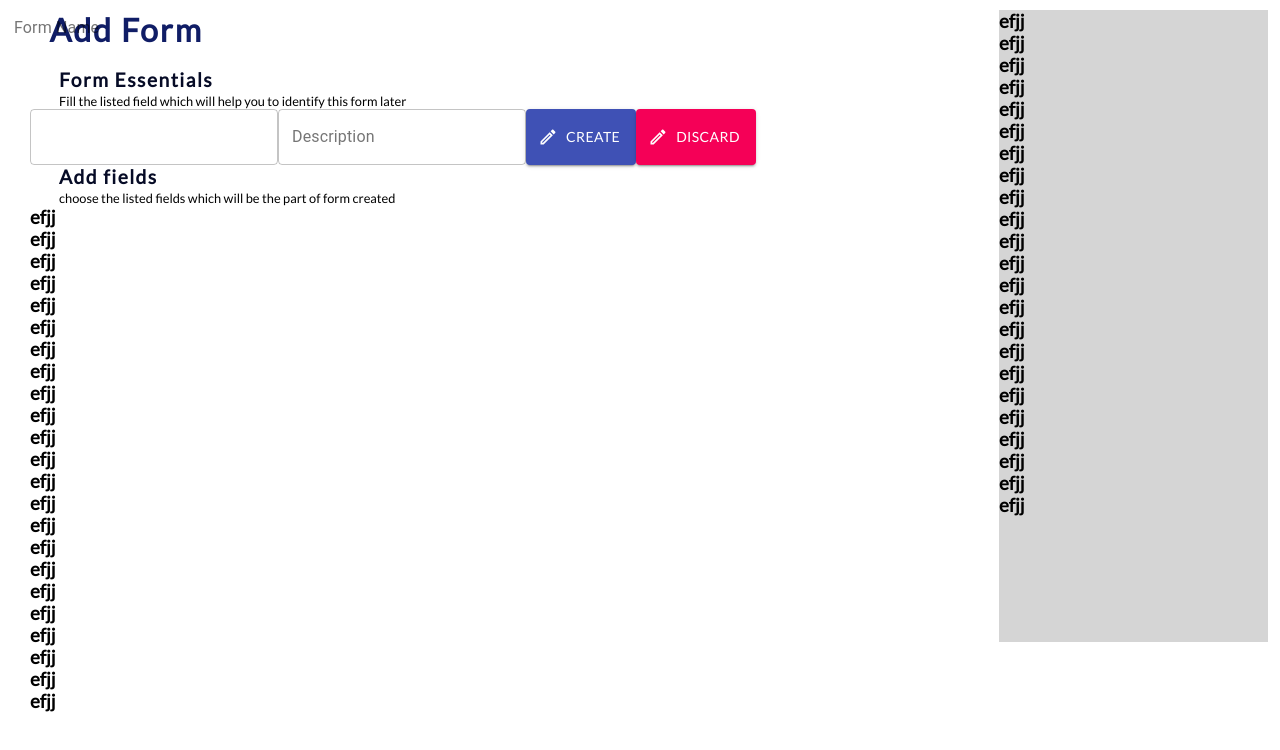
Repository: Architjain128/df
Page: /add
An editor plug-in stored every save of this project. The page is shown before and after the next save, followed by the edit.
The browser window is 1280 px wide. The pictures show the whole page.
The project was rebuilt for these pictures with package versions that can differ from the ones it lists, and the page was loaded fresh each time. Also part of the build but not shown: src/App.css, src/dftable.js, src/dataForm.js.

Above is the page before, as saved 2021-06-25 16:07:58.

### src/addDataForm.js
import React , {Component} from 'react';
import './dataForm.css';
import { Button,TextField } from '@material-ui/core';
import CreateOutlinedIcon from '@material-ui/icons/CreateOutlined';

class AddDataForm extends Component{
    render(){
        return (
            <>
                <div className="dataform">
                    <div className='df-create-section'>
                        <div className='df-form-gen'>
                            <div className="df-title">Add Form</div>
                            <div className="df-subtitle">Form Essentials</div>
                            <div className="df-description" >Fill the listed field which will help you to identify this form later</div>
                            <div className="df-form-ess" class="flex-container">
                                <TextField id="outlined-basic" class="" label="Form Name" variant="outlined" /><br/>
                                <TextField id="outlined-basic-large"  label="Description" variant="outlined"/>
                                <div className="df-create2"><Button variant="contained" color="primary" startIcon={<CreateOutlinedIcon />}> Create </Button></div>
                                <div className="df-create2"><Button variant="contained" href='/' color="secondary" startIcon={<CreateOutlinedIcon />}> Discard </Button></div>
                            </div>
                            <div className="df-subtitle">Add fields</div>
                            <div className="df-description" >choose the listed fields which will be the part of form created</div>
                            <div className="df-create-section">
                                <div className="df-dnd">
                                <h3>efjj</h3>
                                <h3>efjj</h3>
                                <h3>efjj</h3>
                                <h3>efjj</h3>
                                <h3>efjj</h3>
                                <h3>efjj</h3>
                                <h3>efjj</h3>
                                <h3>efjj</h3>
                                <h3>efjj</h3>
                                <h3>efjj</h3>
                                <h3>efjj</h3>
                                <h3>efjj</h3>
                                <h3>efjj</h3>
                                <h3>efjj</h3>
                                <h3>efjj</h3>
                                <h3>efjj</h3>
                                <h3>efjj</h3>
                                <h3>efjj</h3>
                                <h3>efjj</h3>
                                <h3>efjj</h3>
                                <h3>efjj</h3>
                                <h3>efjj</h3>
                                <h3>efjj</h3>

                                </div>
                            </div>
                        </div>
                        <div className="df-form-pre-con">
                            <div className='df-form-pre'>
                                <h3>efjj</h3>
                                <h3>efjj</h3>
                                <h3>efjj</h3>
                                <h3>efjj</h3>
                                <h3>efjj</h3>
                                <h3>efjj</h3>
                                <h3>efjj</h3>
                                <h3>efjj</h3>
                                <h3>efjj</h3>
                                <h3>efjj</h3>
                                <h3>efjj</h3>
                                <h3>efjj</h3>
                                <h3>efjj</h3>
                                <h3>efjj</h3>
                                <h3>efjj</h3>
                                <h3>efjj</h3>
                                <h3>efjj</h3>
                                <h3>efjj</h3>
                                <h3>efjj</h3>
                                <h3>efjj</h3>
                                <h3>efjj</h3>
                                <h3>efjj</h3>
                                <h3>efjj</h3>
                            </div>
                        </div>
                    </div>
                    <div className="df-end" ></div>
                    <div className="df-footer" ></div>

                </div>
            </>
            );
        }
}

export default AddDataForm;

### src/dataForm.css
@import url('https://fonts.googleapis.com/css2?family=Lato&display=swap');

* {
  box-sizing: border-box;
  margin: 0;
  padding: 0;
  font-family: 'Lato', sans-serif;
}

.dataform {
  padding-left: clamp(10px,30px,5%);
  padding-top: clamp(5px,10px,3%);
  display:block;
  /* height: 90vh; */
  /* align-items: center; */
  justify-content: left;
}
.df-title{
  letter-spacing: 2px;
  font-size: clamp(1.8rem, 2.5vw, 2.8rem);
  color:#101d66;
  font-weight: bolder;
  padding-left:2%;
  padding-right:10%;
  margin-bottom: 2%;
}
.df-subtitle{
    letter-spacing: 1.5px;
    font-size: clamp(1.2rem, 1.5vw, 2rem);
    color:#060b26;
    font-weight: bold;
    padding-left:3%;
    padding-right:10%;
    margin-bottom: 0.2%;
}
.df-description{
    font-size: clamp(0.8rem, 1vw, 1.2rem);
    color:#000000;
    padding-left:3%;
    padding-right:10%;
}
.df-table{
    padding-top:3%;
    padding-bottom:3%;
    padding-left:3%;
    padding-right:10%;
    height: 460px;
}
.df-create-section{
  display: flex;
}
.df-create-section .df-subdes{
  flex-grow: 10;
}
.df-create-section .df-create{
  flex-grow: 0;
}
.df-create-section .df-form-gen{
  flex-grow: 1;
}
.df-create-section .df-form-pre-con{
  flex-grow: 1;
  margin-right: 1%;
}
.df-form-pre{
  background-color: rgb(213, 213, 213);
  height: 90%;
  width: 100%;
}
.df-create{
  /* margin-left: 10%; */
  /* padding: auto; */
  align-items: right;
  justify-content: flex-start;
  display: flex;
  padding-left:3%;
  padding-right:10%;
}
.df-create2{
  /* margin-left: 10%; */
  /* padding: auto; */
  align-items: right;
  justify-content: flex-start;
  display: flex;
  gap: 5px;
}
.df-end{
  padding-top: 3%;
  padding-left: 3%;
}
.df-footer{
  position:absolute;
  padding-left: 3%;
  bottom: 0;
}
.df-form-ess{
  padding: 3%;
  display: flex;
  justify-content: space-around;
}
.df-form-ess TextField{
  flex-grow: 5;
}
.df-form-ess Button{
  flex-grow: 1;
}
#outlined-basic{
  font-size: medium;
  width: 100%;
}
#outlined-basic-large{
  font-size: medium;
  width: 100%;
}
.flex-container {
  padding: 0;
  margin: 0;
  list-style: none;
  display: flex;
  justify-content: flex-start;
}
.flex-item {
  padding: 5px;
  width: 60px;
  height: 50px;
  margin: 5px;
  line-height: 50px;
  color: white;
  font-weight: bold;
  font-size: 2em;
  text-align: center;
}

Loaded but not shown: public/index.html (common file); src/index.js (common file); src/index.css (common file); src/App.js (common file); src/reportWebVitals.js (common file)

After the next save:
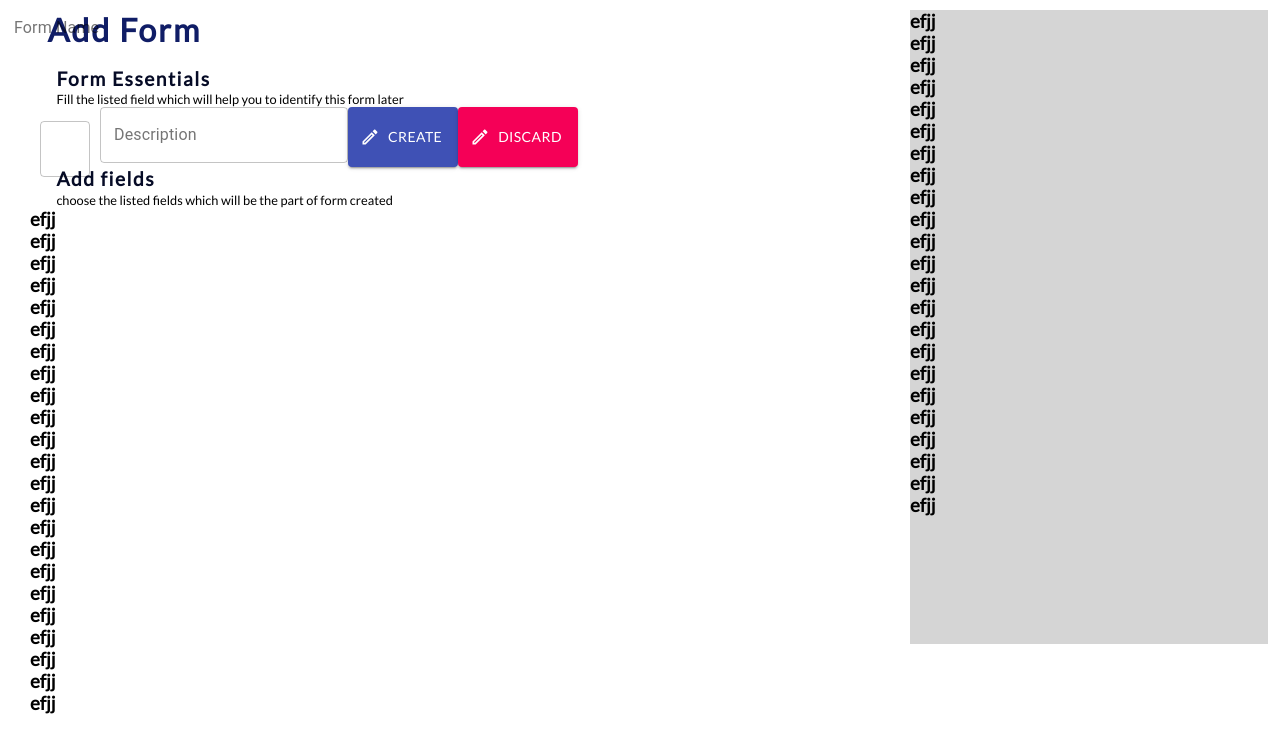
Saved 5 s later.
--- a/src/addDataForm.js
+++ b/src/addDataForm.js
@@ -14,7 +14,7 @@ class AddDataForm extends Component{
                             <div className="df-subtitle">Form Essentials</div>
                             <div className="df-description" >Fill the listed field which will help you to identify this form later</div>
                             <div className="df-form-ess" class="flex-container">
-                                <TextField id="outlined-basic" class="" label="Form Name" variant="outlined" /><br/>
+                                <TextField id="outlined-basic" class="flex-item" label="Form Name" variant="outlined" /><br/>
                                 <TextField id="outlined-basic-large"  label="Description" variant="outlined"/>
                                 <div className="df-create2"><Button variant="contained" color="primary" startIcon={<CreateOutlinedIcon />}> Create </Button></div>
                                 <div className="df-create2"><Button variant="contained" href='/' color="secondary" startIcon={<CreateOutlinedIcon />}> Discard </Button></div>
